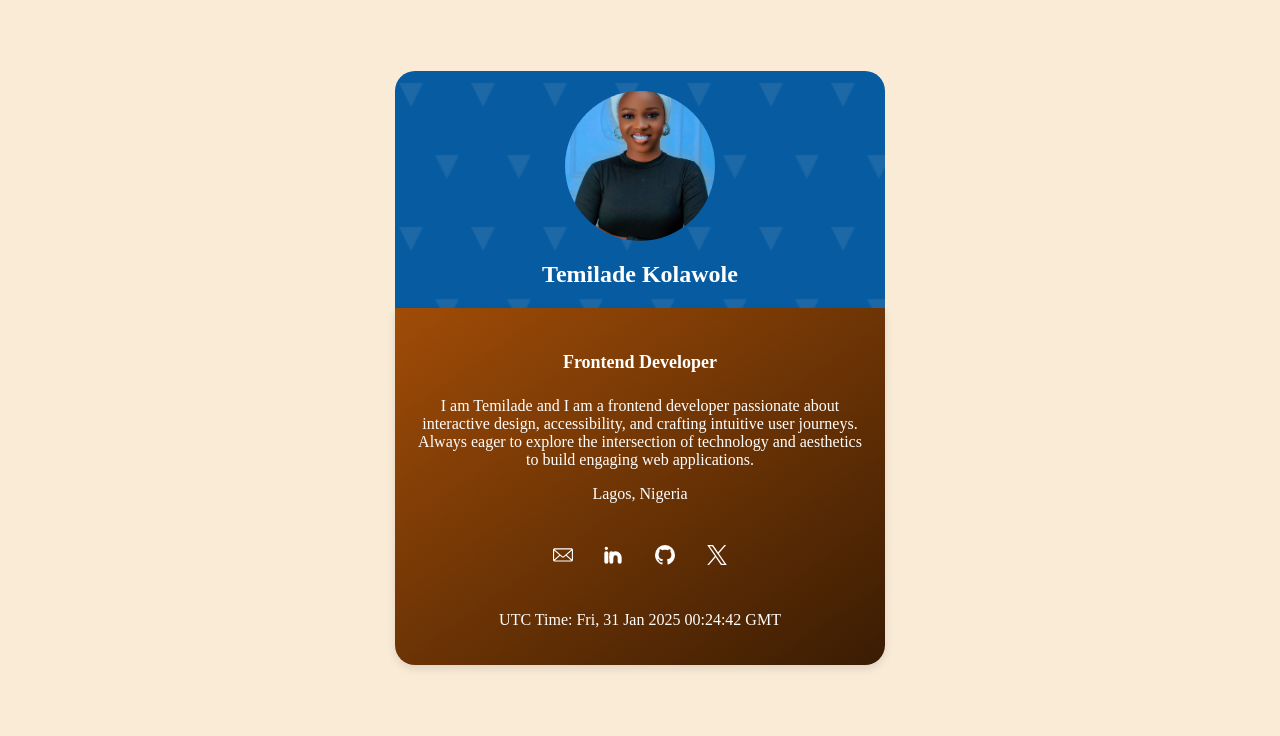
Repository: KolawoleTemilade/ticket-guarantor
Page: profilecard/index..html
An editor plug-in stored every save of this project. The page is shown before and after the next save, followed by the edit.
The browser window is 1280 px wide. The pictures show the whole page.

Above is the page before, as saved 2025-02-05 01:38:54.

After the next save:
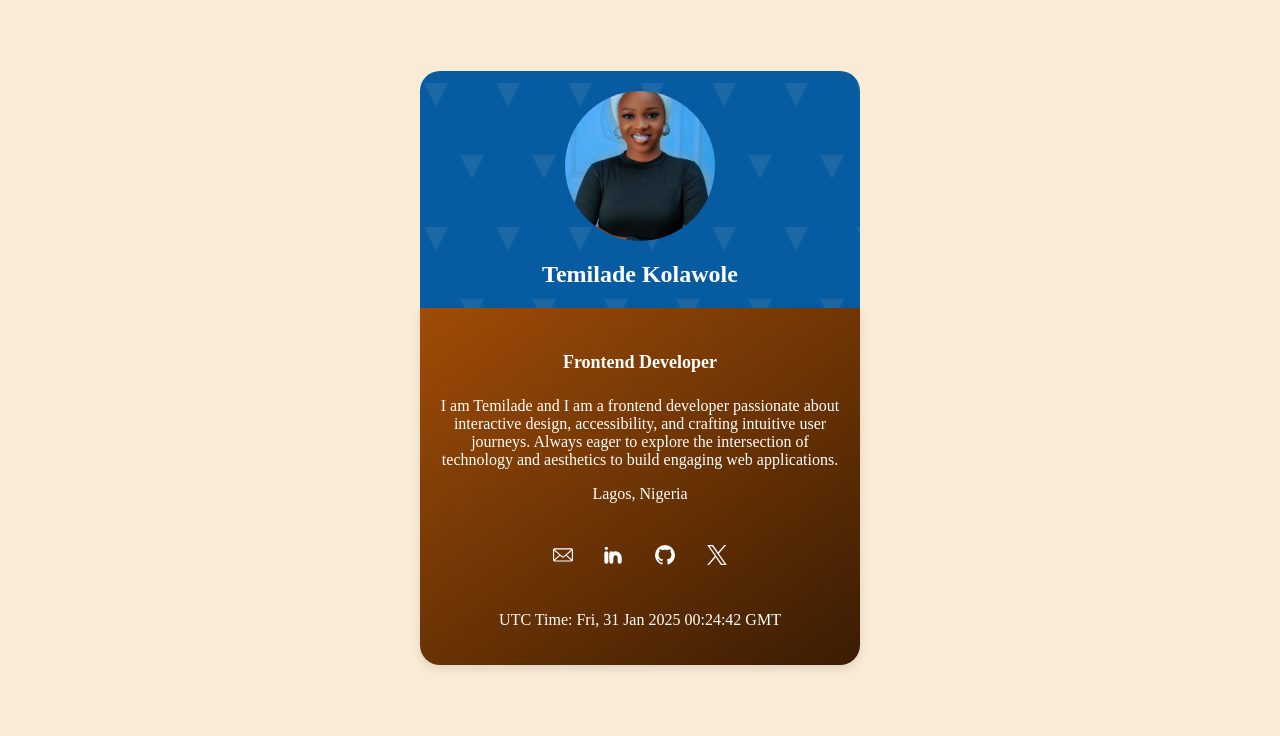
Saved 9 s later.
--- a/profilecard/style.css
+++ b/profilecard/style.css
@@ -13,7 +13,7 @@ body {
   border-radius: 0 0 20px 20px;
   box-shadow: 0 4px 8px rgba(0, 0, 0, 0.1);
   text-align: center;
-  max-width: 450px;
+  max-width: 400px;
   width: 100%;
   background: linear-gradient(145deg, #a04c07, #3a1c03);
 }
